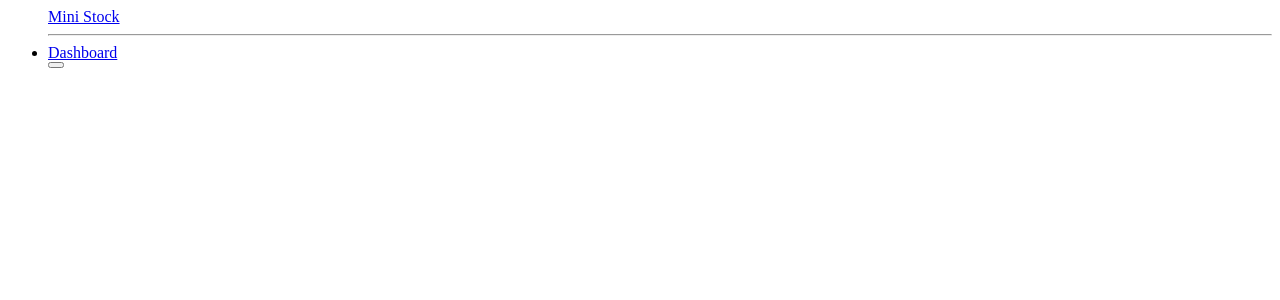
Repository: iamsamitdev/java_class_rd
Page: http://localhost/JavaJSPCRUD/includes/sidebar.jsp
These files come from the project's save history. The page is drawn as it stood at one moment and after the next save; the edit follows.
The browser window is 1280 px wide. The pictures show the whole page.
The page is served by Tomcat 9.

Above is the page before, as saved 2020-03-12 09:07:31.

### JSP/JavaJSPCRUD/WebContent/includes/sidebar.jsp
  <ul class="navbar-nav bg-gradient-primary sidebar sidebar-dark accordion" id="accordionSidebar">

      <!-- Sidebar - Brand -->
      <a class="sidebar-brand d-flex align-items-center justify-content-center" href="dashboard.jsp">
        <div class="sidebar-brand-text mx-3">Mini Stock</div>
      </a>

      <!-- Divider -->
      <hr class="sidebar-divider my-0">

      <!-- Nav Item - Dashboard -->
      <li class="nav-item active">
        <a class="nav-link" href="dashboard.jsp">
          <i class="fas fa-fw fa-tachometer-alt"></i>
          <span>Dashboard</span></a>
      </li>

      <!-- Sidebar Toggler (Sidebar) -->
      <div class="text-center d-none d-md-inline">
        <button class="rounded-circle border-0" id="sidebarToggle"></button>
      </div>

    </ul>

After the next save:
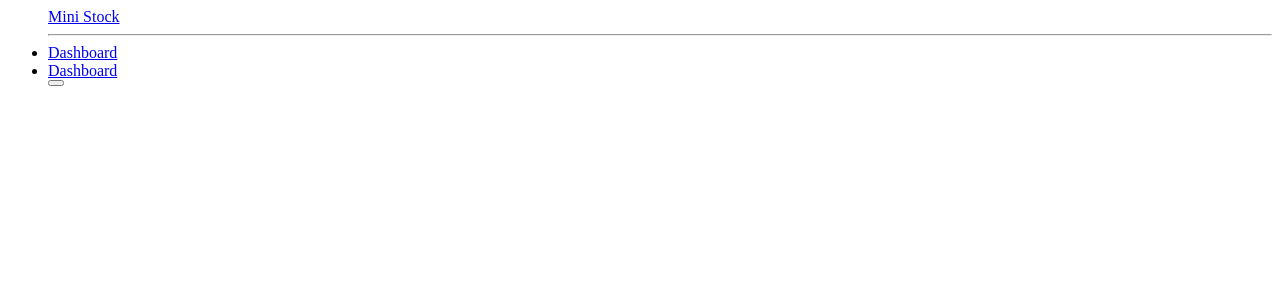
Saved 3 min 25 s later.
--- a/JSP/JavaJSPCRUD/WebContent/includes/sidebar.jsp
+++ b/JSP/JavaJSPCRUD/WebContent/includes/sidebar.jsp
@@ -8,7 +8,14 @@
       <!-- Divider -->
       <hr class="sidebar-divider my-0">
 
-      <!-- Nav Item - Dashboard -->
+      <!-- MenuDashboard -->
+      <li class="nav-item active">
+        <a class="nav-link" href="dashboard.jsp">
+          <i class="fas fa-fw fa-tachometer-alt"></i>
+          <span>Dashboard</span></a>
+      </li>
+
+      <!--  Menu Product -->
       <li class="nav-item active">
         <a class="nav-link" href="dashboard.jsp">
           <i class="fas fa-fw fa-tachometer-alt"></i>
